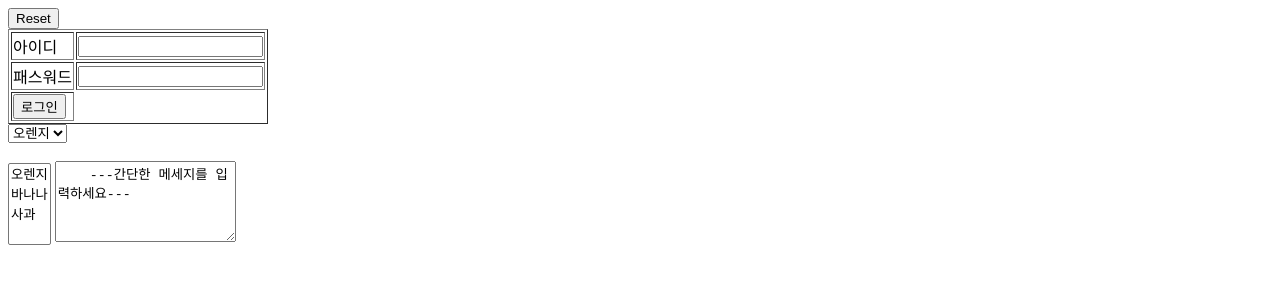
Repository: kisunssong/jsp
Page: test/WebContent/form.tag.htm
The author's editor kept a copy of each file at every save. The page is drawn from the files as they stood at one save, then again after the next save.
The browser window is 1280 px wide. The pictures show the whole page.

Above is the page before, as saved 2020-11-16 12:28:58.

### test/WebContent/form.tag.htm
<!DOCTYPE html>
<html>
<head>
<meta charset="euc-kr">
<title>플래그 연습</title>
</head>
<body>
  <!-- 폼을 구성하는 태그들
  : 폼은 데이터를 전송할 때 사용하는 태그
         회원가입 : 이름, 전화번호, 주소...
    <form> 자신의 태그내에 있는 데이터를 지정한 웹 주소로 전송해준다.
    form 데이터 전송방식
    GET방식 : 데이터용량이 작은 256~4096바이트
    POST방식 : 대용량의 데이터를 보낼때 유용하다.(보안상안전)
    form 속성
    method : 데이터 전송방식을 지정
    name : 폼의 이름을 지정. 자바스크립에서 폼내의 데이터를 구분할 때 사용한다.
    action : 폼내의 데이터를 이동시킬 위치를 지정한다.
    enctype : 대용량의 파일의 데이터 속성을 지정한다.

        구성태그
    <input>
    (type)
    text : 한줄 입력을 받을 때 사용
    password : 비밀번호 형태로 입력받을 때 사용
    radio : 상호베타적 선택 (1개만 선택)
    checkbox : 다중 선택
    button : 자바스크립트와 연계해서 사용
    submit : 폼의 내용을 action에서 지정한 주소로 보낼 때 사용
    reset : 폼의 내용을 초기값으로 재설정할 때 사용
    hidden : 숨김필드로 화면에 보이지 않게 할 때 사용
    file : 파일을 첨부할 때 사용

    <select>
         목록상자나 콤보 박스로 폼을 구성할 때 사용하는 태그
    (속성)
    name : 필드의 이름을 지정
    size : 목록상자에 보여지는 항목의 수를 지정한다.
    multiple : 필드에서 여러개의 항목을 선택할 수 있도록 지정한다.

    <option>
    select 태그가 만드는 필드의 항목을 만드는 태그
    (속성)
    value : 항목을 선택했을 때 전송할 값을 지정한다.
    selected : 기본적으로 선택되는 항목을 지정한다.

    <textarea>
    (속성)
         여러줄을 입력하는 데이터를 사용하고자 할때 사용하는 태그
    name : 필드의 이름을 지정
    clols : 대문자 A를 기준으로 너비를 설정
    rows : 대문자 A를 기준으로 행을 설정
    readonly : 필드를 읽 전용으로 지정
    -->
    <form action="http://www.naver.com/index.html">
    <table border="1">
      <tr>
        <td>아이디</td>
        <td>
          <input type="text" name="id">
        </td>
      <tr>
        <td>패스워드</td>
        <td>
         <input type="password" name="pw">
       </td>
      </tr>
     <tr>
       <td>
         <input type="submit" value="로그인">
       </td>
     </tr>
     <div><input type="reset"></div>
    </table>

    <select name = "과일">
    	<option value="orange">오렌지</option>
    	<option value="banana">바나나</option>
    	<option value="apple">사과</option>
    </select>
    <br>
    <br>
    <select name="choice" multiple>
        <option value="orange">오렌지</option>
    	<option value="banana">바나나</option>
    	<option value="apple">사과</option>
    </select>
    <textarea name="memo" cols="20" rows="5">
    ---간단한 메세지를 입력하세요---
    </textarea>
    </form>
</body>
</html>

After the next save:
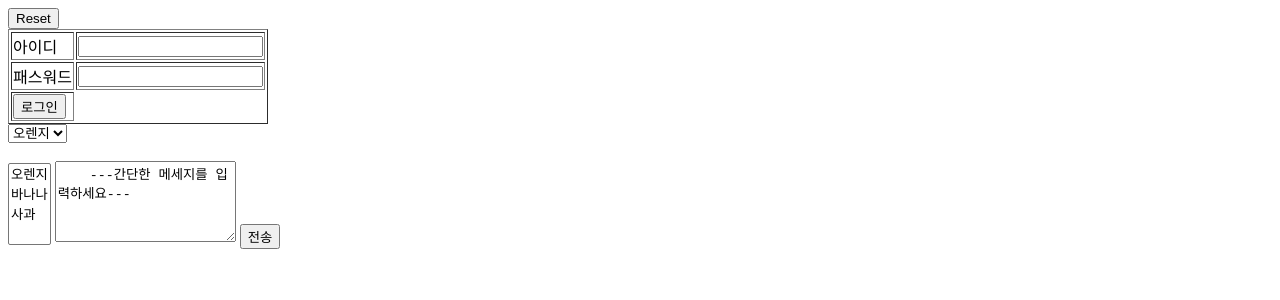
Saved 36 s later.
--- a/test/WebContent/form.tag.htm
+++ b/test/WebContent/form.tag.htm
@@ -88,6 +88,7 @@
     <textarea name="memo" cols="20" rows="5">
     ---간단한 메세지를 입력하세요---
     </textarea>
+    <input type="submit" value="전송">
     </form>
 </body>
 </html>
